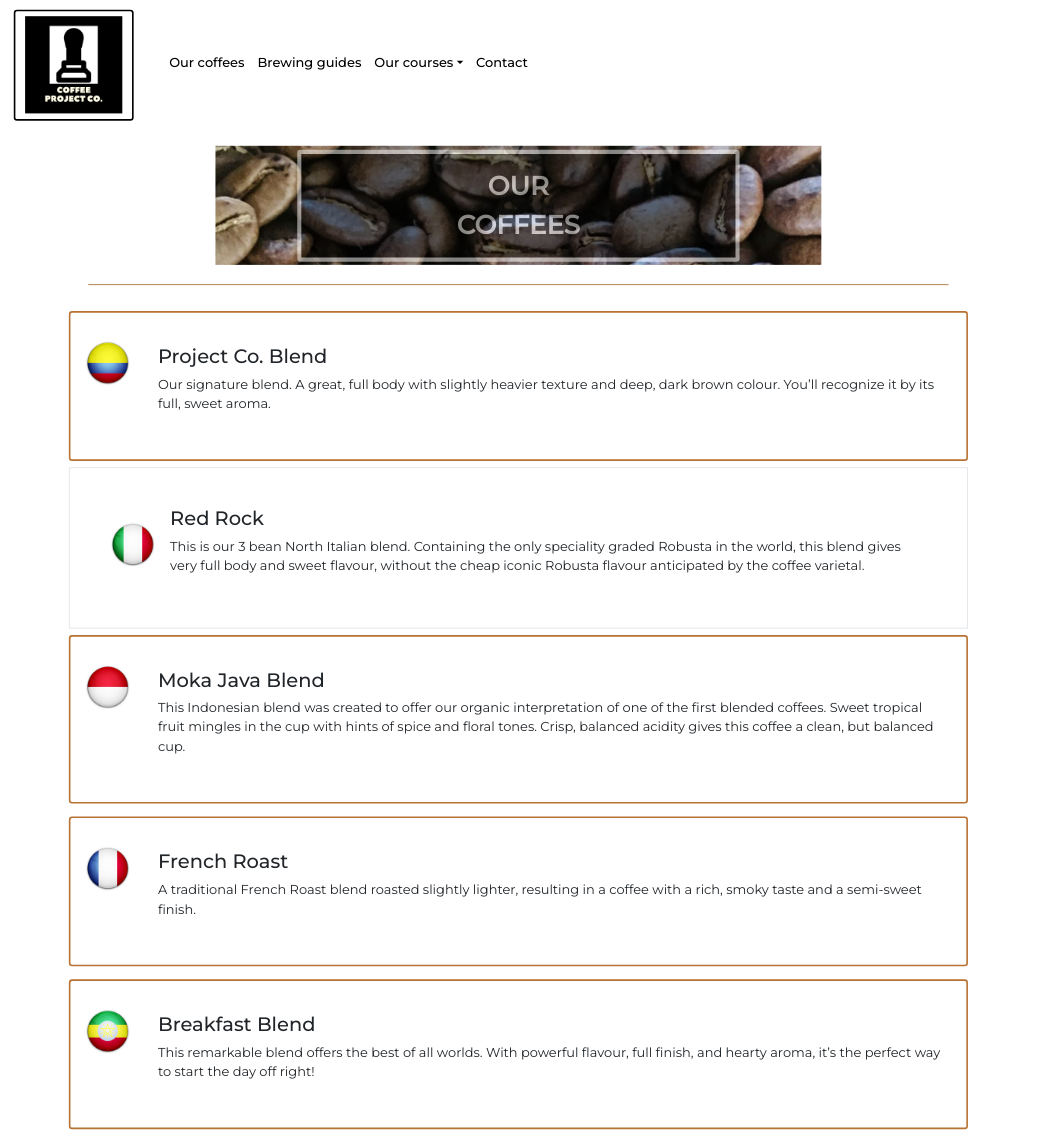
Repository: roxanahefferon/M1
Page: coffees-blends.html
The author's editor kept a record of every edit. The page is drawn from the files as they stood at one moment, then again after the next edit.
The browser window is 1280 px wide. The pictures show the whole page, at 81% of full size.
Some web libraries are served in a nearby version.

Above is the page before.

After the next edit:
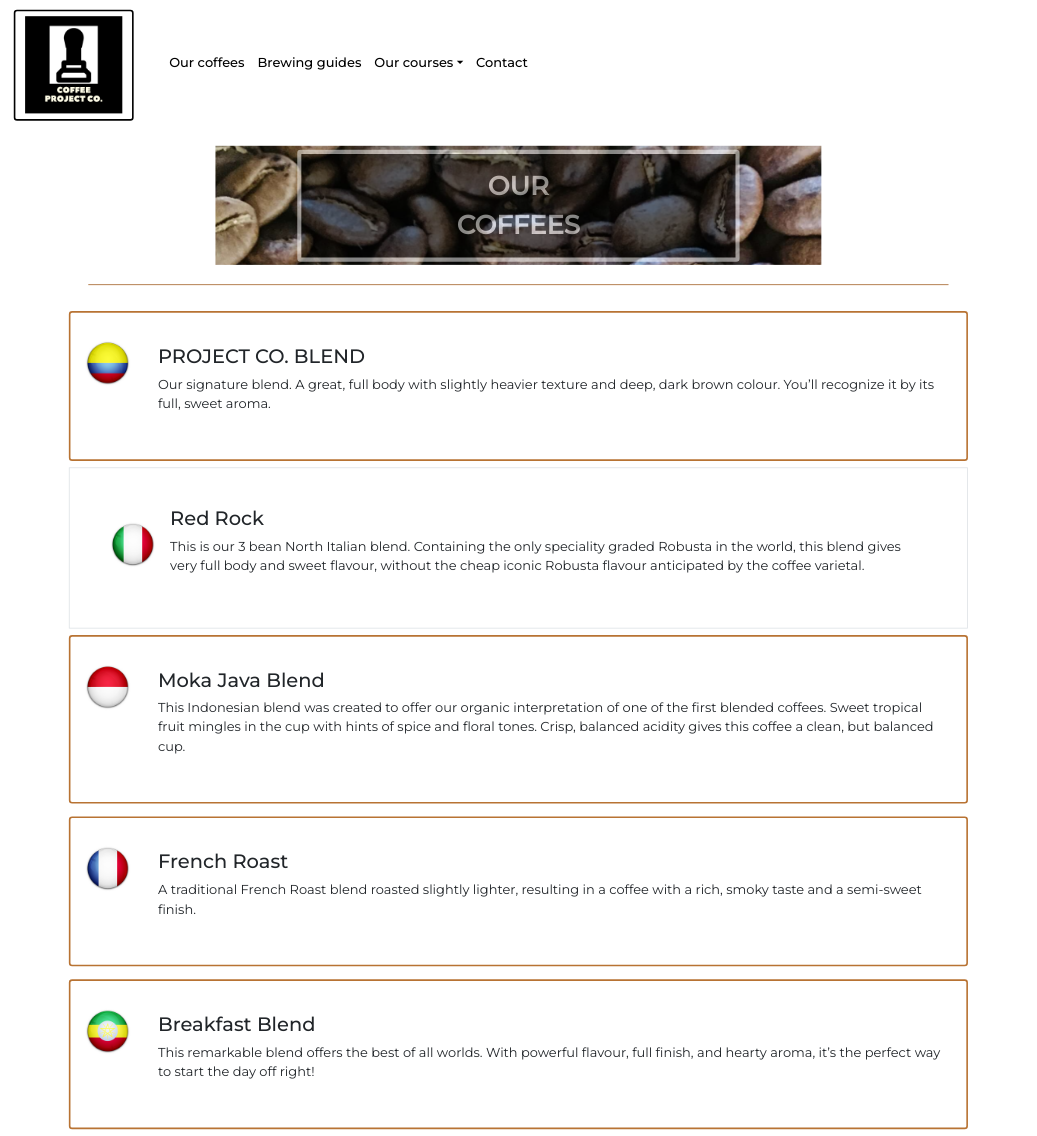
The edit:
--- a/coffees-blends.html
+++ b/coffees-blends.html
@@ -68,7 +68,7 @@
                 <div class="media my-border my-2 p-3">
                     <img src="./assets/images/colombia-icon.png" alt="colombia icon" class="mr-3 mt-3 rounded-circle" style="width:60px;">
                     <div class="media-body my-2 p-3">
-                        <h4>Project Co. Blend</h4>
+                        <h4 class="uppercase">Project Co. Blend</h4>
                         <p>Our signature blend. A great, full body with slightly heavier texture and deep, dark brown colour. You’ll recognize it by its full, sweet aroma. </p>
                     </div>
                 </div>
